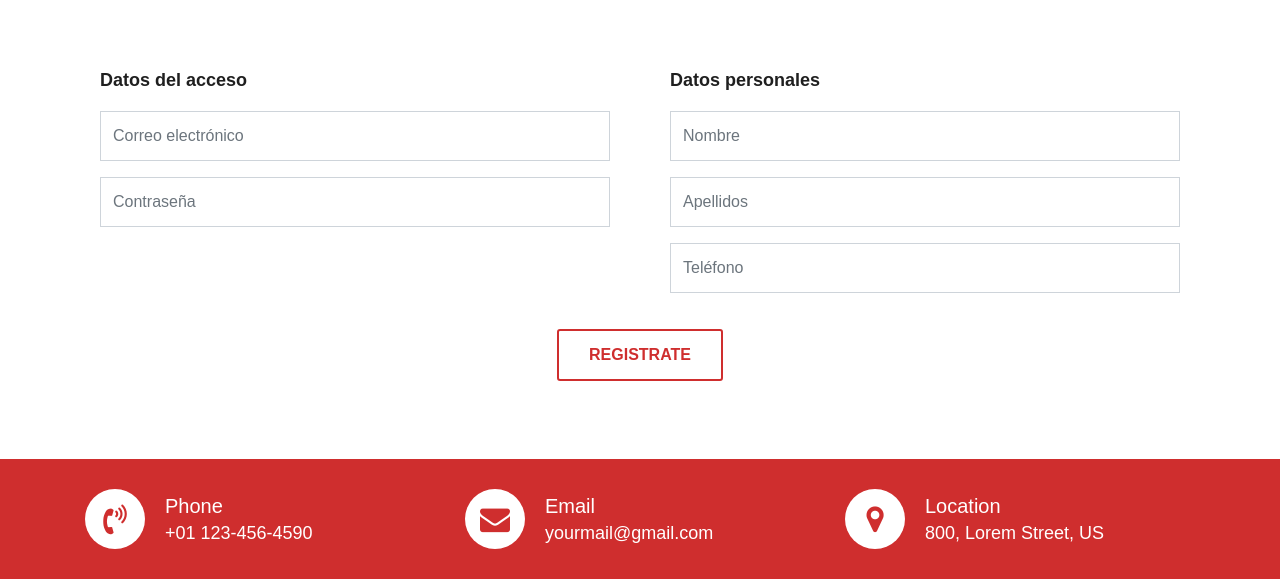
Repository: celivicky/flowershop
Page: http://localhost/frontend/registro.php
An editor plug-in stored every save of this project. The page is shown before and after the next save, followed by the edit.
The browser window is 1280 px wide. The pictures show the part of the page from y = 446 to 1025 px (the page is 1472 px tall before and 1575 px after).
Pictures or frames that could not be fetched are drawn as grey boxes. Backgrounds fixed to the window are drawn as part of the page. Some web fonts or font styles are not loaded; a fallback is used. The page is run by PHP 8.4 with error messages shown; the project is at /var/www/html/. The database holds what the project's SQL file puts in it.

Above is the page before, as saved 2024-06-05 04:05:55.
Console error: TypeError: $(...).pickadate is not a function

### frontend/registro.php
<?php
session_start();
    if (isset($_SESSION['id'])){
        header('Location: administrador/escritorio.php');
    }
include_once '../backend/php/ctlogx.php'
 ?>
<!DOCTYPE html>
<html lang="es"><!-- Basic -->
<head>
	<meta charset="utf-8">
    <meta http-equiv="X-UA-Compatible" content="IE=edge">

    <!-- Mobile Metas -->
    <meta name="viewport" content="width=device-width, initial-scale=1">

     <!-- Site Metas -->
    <title>Registro - Floreria Doña Beatriz Online</title>
    <meta name="keywords" content="">
    <meta name="description" content="">
    <meta name="author" content="">

    <!-- Site Icons -->
    <link rel="shortcut icon" href="../backend/images/favicon.png" type="image/x-icon">


    <!-- Bootstrap CSS -->
    <link rel="stylesheet" href="../backend/css/bootstrap.min.css">
	<!-- Site CSS -->
    <link rel="stylesheet" href="../backend/css/style.css">
    <!-- Responsive CSS -->
    <link rel="stylesheet" href="../backend/css/responsive.css">
    <!-- Custom CSS -->
    <link rel="stylesheet" href="../backend/css/custom.css">


</head>

<body>
	<!-- Start header -->
	<header class="top-navbar">
		<nav class="navbar navbar-expand-lg navbar-light bg-light">
			<div class="container">
				<a class="navbar-brand" href="index.php">
					<img src="../backend/images/logo.png" alt="" />
				</a>
				<button class="navbar-toggler" type="button" data-toggle="collapse" data-target="#navbars-rs-food" aria-controls="navbars-rs-food" aria-expanded="false" aria-label="Toggle navigation">
				  <span class="navbar-toggler-icon"></span>
				</button>
				<div class="collapse navbar-collapse" id="navbars-rs-food">
					<ul class="navbar-nav ml-auto">
						<li class="nav-item"><a class="nav-link" href="index.php">Inicio</a></li>
						<li class="nav-item "><a class="nav-link" href="nosotros.php">Nosotros</a></li>
						<li class="nav-item"><a class="nav-link" href="delivery.php">Delivery</a></li>
						<li class="nav-item"><a class="nav-link" href="tienda.php">Tienda</a></li>
						<li class="nav-item dropdown">
							<a class="nav-link dropdown-toggle" href="#" id="dropdown-a" data-toggle="dropdown">Categorias</a>
							<div class="dropdown-menu" aria-labelledby="dropdown-a">
																<?php
 $sentencia = $connect->prepare("SELECT * FROM categoria order by idcat desc;");
 $sentencia->execute();

$data =  array();
if($sentencia){
  while($r = $sentencia->fetchObject()){
    $data[] = $r;
  }
}
   ?>
   <?php if(count($data)>0):?>
   	<?php foreach($data as $gcc):?>
								<a class="dropdown-item" href="categoria.php?id=<?php echo  $gcc->idcat; ?>"><?php echo  $gcc->nomcat; ?></a>

								   	<?php endforeach; ?>
   	    <?php else:?>
        <!-- Warning Alert -->
    <?php endif; ?>
							</div>
						</li>
						<li class="nav-item">
							<a class="nav-link" data-toggle="modal" href="#new"><i class="fa fa-user" aria-hidden="true"></i>
							</a>
						</li>

					</ul>
				</div>
			</div>
		</nav>
	</header>
	<!-- End header -->

		<div class="all-page-title page-breadcrumb">
		<div class="container text-center">
			<div class="row">
				<div class="col-lg-12">
					<h1>Crear una cuenta nueva</h1>
				</div>
			</div>
		</div>
	</div>

		<!-- Start Reservation -->
	<div class="reservation-box">
		<div class="container">

			<div class="row">
				<div class="col-lg-12 col-sm-12 col-xs-12">
					<div class="contact-block">
						<form enctype="multipart/form-data" method="POST" action="" autocomplete="off">
							<div class="row">

								<div class="col-md-6">
									<h3>Datos del acceso</h3>

									<div class="col-md-12">
										<div class="form-group">
											<input id="input_text"  class="text picker__input form-control" required name="txtcorr" type="email"  data-error="Campo obligatorio" placeholder="Correo electrónico">
											<div class="help-block with-errors"></div>
										</div>
									</div>
									<div class="col-md-12">
										<div class="form-group">
											<input id="input_password" type="password" name="txtpass" class="password form-control picker__input" required data-error="Campo obligatorio" placeholder="Contraseña">
											<div class="help-block with-errors"></div>
										</div>
									</div>

								</div>

								<div class="col-md-6">
									<h3>Datos personales</h3>
									<div class="col-md-12">
										<div class="form-group">
											<input type="text" class="form-control" id="" name="txtname" placeholder="Nombre" required data-error="Campo obligatorio">
											<div class="help-block with-errors"></div>
										</div>
									</div>
									<div class="col-md-12">
										<div class="form-group">
											<input type="text" placeholder="Apellidos" id="" class="form-control" name="txtapel" required data-error="Campo obligatorio">
											<div class="help-block with-errors"></div>
										</div>
									</div>
									<div class="col-md-12">
										<div class="form-group">
											<input type="text" maxlength="9" onKeypress="if (event.keyCode < 45 || event.keyCode > 57) event.returnValue = false;" placeholder="Teléfono" id="" class="form-control" name="txtpho" required data-error="Campo obligatorio">
											<div class="help-block with-errors"></div>
										</div>
									</div>
								</div>

								<div class="col-md-12">
									<div class="submit-button text-center">
										<button class="btn btn-common" name='stadddcust'>Registrate</button>
										<div id="msgSubmit" class="h3 text-center hidden"></div>
										<div class="clearfix"></div>
									</div>
								</div>

							</div>
						</form>
					</div>
				</div>
			</div>
		</div>
	</div>
	<!-- End Reservation -->



	<!-- Start Contact info -->
	<div class="contact-imfo-box">
		<div class="container">
			<div class="row">
				<div class="col-md-4">
					<i class="fa fa-volume-control-phone"></i>
					<div class="overflow-hidden">
						<h4>Phone</h4>
						<p class="lead">
							+01 123-456-4590
						</p>
					</div>
				</div>
				<div class="col-md-4">
					<i class="fa fa-envelope"></i>
					<div class="overflow-hidden">
						<h4>Email</h4>
						<p class="lead">
							yourmail@gmail.com
						</p>
					</div>
				</div>
				<div class="col-md-4">
					<i class="fa fa-map-marker"></i>
					<div class="overflow-hidden">
						<h4>Location</h4>
						<p class="lead">
							800, Lorem Street, US
						</p>
					</div>
				</div>
			</div>
		</div>
	</div>
	<!-- End Contact info -->

	<!-- Start Footer -->
	<footer class="footer-area bg-f">
		<div class="container">
			<div class="row">
				<div class="col-lg-3 col-md-6">
					<h3>Sobre nosotros</h3>
					<p>Integer cursus scelerisque ipsum id efficitur. Donec a dui fringilla, gravida lorem ac, semper magna. Aenean rhoncus ac lectus a interdum. Vivamus semper posuere dui, at ornare turpis ultrices sit amet. Nulla cursus lorem ut nisi porta, ac eleifend arcu ultrices.</p>
				</div>
				<div class="col-lg-3 col-md-6">
					<h3>Horarios</h3>
					<p><span class="text-color">Monday: </span>Closed</p>
					<p><span class="text-color">Tue-Wed :</span> 9:Am - 10PM</p>
					<p><span class="text-color">Thu-Fri :</span> 9:Am - 10PM</p>
					<p><span class="text-color">Sat-Sun :</span> 5:PM - 10PM</p>
				</div>
				<div class="col-lg-3 col-md-6">
					<h3>Informacion contacto</h3>
					<p class="lead">Ipsum Street, Lorem Tower, MO, Columbia, 508000</p>
					<p class="lead"><a href="#">+01 2000 800 9999</a></p>
					<p><a href="#"> info@admin.com</a></p>
				</div>
				<div class="col-lg-3 col-md-6">
					<h3>Subscribe</h3>
					<div class="subscribe_form">
						<form class="subscribe_form">
							<input name="EMAIL" id="subs-email" class="form_input" placeholder="Email Address..." type="email">
							<button type="submit" class="submit">SUBSCRIBE</button>
							<div class="clearfix"></div>
						</form>
					</div>
					<ul class="list-inline f-social">
						<li class="list-inline-item"><a href="#"><i class="fa fa-facebook" aria-hidden="true"></i></a></li>
						<li class="list-inline-item"><a href="#"><i class="fa fa-twitter" aria-hidden="true"></i></a></li>
						<li class="list-inline-item"><a href="#"><i class="fa fa-linkedin" aria-hidden="true"></i></a></li>
						<li class="list-inline-item"><a href="#"><i class="fa fa-google-plus" aria-hidden="true"></i></a></li>
						<li class="list-inline-item"><a href="#"><i class="fa fa-instagram" aria-hidden="true"></i></a></li>
					</ul>
				</div>
			</div>
		</div>

		<div class="copyright">
			<div class="container">
				<div class="row">
					<div class="col-lg-12">
						<p class="company-name">Reservados todos los derechos. &copy; 2024 <a href="#">Floreria Doña Beatriz Online</a> </p>
					</div>
				</div>
			</div>
		</div>

	</footer>
	<!-- End Footer -->
	<?php include('../backend/modal/modauser.php'); ?>
	<a href="#" id="back-to-top" title="Back to top" style="display: none;">&uarr;</a>

	<!-- ALL JS FILES -->
	<script src="../backend/js/jquery-3.2.1.min.js"></script>
	<script src="../backend/js/popper.min.js"></script>
	<script src="../backend/js/bootstrap.min.js"></script>
    <!-- ALL PLUGINS -->
	<script src="../backend/js/jquery.superslides.min.js"></script>
	<script src="../backend/js/images-loded.min.js"></script>
	<script src="../backend/js/isotope.min.js"></script>
	<script src="../backend/js/baguetteBox.min.js"></script>
	<script src="../backend/js/form-validator.min.js"></script>
    <script src="../backend/js/contact-form-script.js"></script>
    <script src="../backend/js/custom.js"></script>
    <script src="../backend/js/reenvio.js"></script>
    <script type="text/javascript" src="../backend/js/sweetalert.js"></script>
    <?php
    include_once '../backend/php/st_adddcustocli.php'
?>
</body>
</html>

### backend/php/ctlogx.php
<?php
//session_start();
require '../backend/bd/ctconex.php';

if (isset($_POST['ctxlog'])) {
    $errMsg = '';

    // Get data from FORM
    $correo = $_POST['correo'];
    $clave = MD5($_POST['clave']);

    if (empty($correo)) {
        $errMsg = 'Digite su correo';
    } elseif (empty($_POST['clave'])) {
        $errMsg = 'Digite su contraseña';
    }

    if (empty($errMsg)) {
        try {
            $stmt = $connect->prepare('SELECT id, usuario, nombre, correo, clave, rol, estado FROM usuarios WHERE correo = :correo UNION
                                       SELECT idclie, apeclie,nomclie, correo,clave, rol, estado FROM clientes WHERE correo = :correo');
            $stmt->bindParam(':correo', $correo, PDO::PARAM_STR);
            $stmt->execute();
            $data = $stmt->fetch(PDO::FETCH_ASSOC);

            if ($data === false) {
                $errMsg = "El nombre de correo: $correo no se encuentra, puede solicitarlo con el administrador.";
            } else {
                if ($clave == $data['clave']) {
                    $_SESSION['id'] = $data['id'];
                    $_SESSION['usuario'] = $data['usuario'];
                    $_SESSION['nombre'] = $data['nombre'];
                    $_SESSION['correo'] = $data['correo'];
                    $_SESSION['clave'] = $data['clave'];
                    $_SESSION['rol'] = $data['rol'];
                    $_SESSION['estado'] = $data['estado'];

                    if ($_SESSION['rol'] == 1) {
                        echo "<script language='JavaScript'>";
                        echo "location = 'administrador/escritorio.php'";
                        echo "</script>";
                    }elseif($_SESSION['rol'] == 2){
           echo "<script language='JavaScript'>";
            echo "location = 'administrador_cliente/index.php'";
            echo "</script>";
        }

                    exit;
                } else {
                    $errMsg = 'El correo o la contraseña son incorrectos.';
                }
            }
        } catch (PDOException $e) {
            // Log the error to a file
            error_log($e->getMessage(), 3, "error.log");
            $errMsg = 'Ocurrió un error. Por favor, inténtelo de nuevo.';
        }
    }
}
?>

### backend/bd/ctconex.php
<?php
if(!isset($_SESSION))
    {
        session_start();
    }

// Define database
//define('dbhost', 'localhost');
//define('dbuser', 'root');
//define('dbpass', '');
//define('dbname', 'sistema_escolar');

define('dbhost', 'localhost');
define('dbuser', 'root');
define('dbpass', '');
define('dbname', 'flower_shop');

// Connecting database
try {
    $connect = new PDO("mysql:host=".dbhost."; dbname=".dbname, dbuser, dbpass);
    $connect->query("set names utf8;");
    // $connect->setAttribute(PDO::ATTR_EMULATE_PREPARES, FALSE);
    //$connect->setAttribute( PDO::ATTR_EMULATE_PREPARES, true );
    $connect->setAttribute(PDO::ATTR_ERRMODE, PDO::ERRMODE_EXCEPTION);
    $connect->setAttribute(PDO::ATTR_DEFAULT_FETCH_MODE, PDO::FETCH_OBJ);
}
catch(PDOException $e) {
    echo $e->getMessage();
}
//---------------


?>

### backend/modal/modauser.php
<!-- NUEVO -->
<div class="modal fade" id="new" tabindex="-1" role="dialog" aria-labelledby="myModalLabel" aria-hidden="true">
    <div class="modal-dialog ">
        <div class="modal-content">
            <div class="modal-header">
                 <label class="control-label" style="text-align: center;"><strong><center>Iniciar Sesión</center></strong></label>
                <button type="button" class="close" data-dismiss="modal" aria-hidden="true">&times;</button>


            </div>


            <div class="modal-body">
                <div class="container-fluid">
<?php
                            if (isset($errMsg)) {
                                echo '
    <div style="color:#FF0000;text-align:center;font-size:20px; font-weight:bold;">'.$errMsg.'</div>
    ';  ;
                            }

                        ?>
                    <form autocomplete="off" method="post"  role="form">
                        <div class="row">
    <div class="col-md-6 col-lg-6">
        <div class="form-group">
            <label for="email2">Correo electrónico</label>
            <input type="email" required  class="form-control" value="<?php if(isset($_POST['correo'])) echo $_POST['correo'] ?>" id="correo" name="correo" placeholder="ejmp: perfil01@gmail.com">
            <small id="emailHelp2" class="form-text text-muted"></small>
            <span id="error-name" class="badge badge-danger"></span>
        </div>
    </div>

        <div class="col-md-6 col-lg-6">
        <div class="form-group">
            <label for="email2">Contraseña</label>
            <input type="password" required  class="form-control"  value="<?php if(isset($_POST['clave'])) echo MD5($_POST['clave']) ?>" id="clave" name="clave" placeholder="ejmp: ********">
            <small id="emailHelp2" class="form-text text-muted"></small>
            <span id="error-name" class="badge badge-danger"></span>
        </div>
    </div>


                        </div>

                        <div class="modal-footer">
                <button  name='ctxlog' type="submit" class="btn btn-danger" >INGRESAR</button>

                 <button type="button" class="btn btn-dark" data-dismiss="modal" >No, cancelar</button>


            </div>
                    </form>
                    <p>¿No tiene una cuenta?
                            <a href="registro.php" style="color:red">Cree una aqui</a>
                    </p>



                </div>



        </div>



        </div>
    </div>
</div>

### backend/php/st_adddcustocli.php
<?php
require_once('../backend/bd/ctconex.php');

define('ESTADO_ACTIVO', '1');
define('ROL_ACTIVO', '2');

if (isset($_POST['stadddcust'])) {
    $nomclie = isset($_POST['txtname']) ? trim($_POST['txtname']) : null;
    $apeclie = isset($_POST['txtapel']) ? trim($_POST['txtapel']) : null;
    $telclie = isset($_POST['txtpho']) ? trim($_POST['txtpho']) : null;
    $correo = isset($_POST['txtcorr']) ? trim($_POST['txtcorr']) : null;
    $clave=MD5($_POST['txtpass']);



    try {
        $connect->beginTransaction();

        // Check if required fields are set
        if ($nomclie !== null && $apeclie !== null  && $telclie !== null && $correo !== null && $clave) {


                        // Check if the email already exists
            $checkStatement = $connect->prepare("SELECT COUNT(*) FROM clientes WHERE correo = ?");
            $checkStatement->execute([$correo]);
            $emailExists = (bool)$checkStatement->fetchColumn();

            if ($emailExists) {
                throw new Exception("El correo ya está registrado");
            }

            // Insertar estudiantes en la tabla taller_docente
            $statement = $connect->prepare("INSERT INTO clientes (nomclie,apeclie,sexclie,telclie,correo, clave,rol, estado) VALUES (?, ?,?,?,?,?,?,?)");

            $inserted = $statement->execute([$nomclie,$apeclie,'',$telclie,$correo,$clave,ROL_ACTIVO, ESTADO_ACTIVO]);

            if (!$inserted) {
                throw new Exception("Error en la inserción de datos");
            }

            // Opcional: Puedes realizar otras operaciones aquí si es necesario

            // Hacer commit si todo está bien
            $connect->commit();
            echo '<script type="text/javascript">
swal("Registrado!", "Registrado correctamente", "success").then(function() {
            window.location = "../frontend/registro.php";
        });
        </script>';


        } else {
            throw new Exception("Faltan datos requeridos");
        }
    } catch (Exception $e) {
        // Revertir la transacción en caso de error
        $connect->rollBack();



         echo '<script type="text/javascript">
swal("Error!", "No se pueden agregar datos: ' . $e->getMessage() . '", "error").then(function() {
            window.location = "../frontend/registro.php";
        });
        </script>';
    }
}
?>

### backend/css/responsive.css
/* only small desktops */
/* tablets */
/* only small tablets */
@media only screen and (min-width: 992px) and (max-width: 1180px) {
	.footer-area h3{
		font-size: 18px;
	}
}
@media (min-width: 768px) and (max-width: 991px) {
	.navbar-light .navbar-brand{
		margin-left: 15px;
	}
	.navbar-light .navbar-toggler{
		margin-right: 15px;
		border-radius: 0px;
	}
	.navbar-expand-lg .navbar-nav .dropdown-menu{
		box-shadow: none;
	}
	.carousel-control-prev{
		left: -60px;
	}
	.carousel-control-next{
		right: -60px;
	}
	.why-text h4{
		font-size: 18px;
	}
	.why-text p{
		margin: 0px;
	}
}

/* mobile or only mobile */
@media (max-width: 767px) {
	.navbar-light .navbar-brand{
		margin-left: 15px;
	}
	.navbar-light .navbar-toggler{
		margin-right: 15px;
		border-radius: 0px;
	}
	.navbar-expand-lg .navbar-nav .dropdown-menu{
		box-shadow: none;
	}
	.cover-slides h1{
		font-size: 22px;
	}
	.cover-slides p {
		font-size: 14px;
	}
	.slides-navigation a{
		height: 42px;
		width: 38px;
		line-height: 33px;
	}
	.inner-column{
		margin-top: 15px;
	}
	.inner-column h1{
		font-size: 22px;
	}
	.filter-button-group{
		margin: 10px 0px;
	}

	.contact-imfo-box .col-md-4{
		margin-bottom: 15px;
	}
	.carousel-control-prev{
		left: 0px;
	}
	.carousel-control-next{
		right: 0px;
	}
	.blog-box-inner .blog-detail{
		overflow: hidden;
	}
	.blog-sidebar{
		margin-top: 50px;
	}

}
@media only screen and (min-width: 280px) and (max-width: 599px) {

	.why-text p{
		margin-bottom: 0px;
		margin-top: 0px;
	}
}

### backend/css/superslides.css
#slides {
  position: relative;
}
#slides .slides-container {
  display: none;
}
#slides .scrollable {
  *zoom: 1;
  position: relative;
  top: 0;
  left: 0;
  overflow-y: auto;
  -webkit-overflow-scrolling: touch;
  height: 100%;
}
#slides .scrollable:after {
  content: "";
  display: table;
  clear: both;
}

.slides-navigation {
  margin: 0 auto;
  position: absolute;
  z-index: 3;
  top: 46%;
  width: 100%;
}
.slides-navigation a {
  position: absolute;
  display: block;
}
.slides-navigation a.prev {
  left: 0;
}
.slides-navigation a.next {
  right: 0;
}

.slides-pagination {
  position: absolute;
  z-index: 3;
  bottom: 0;
  text-align: center;
  width: 100%;
}
.slides-pagination a {
  border: 2px solid #222;
  border-radius: 15px;
  width: 10px;
  height: 10px;
  display: -moz-inline-stack;
  display: inline-block;
  vertical-align: middle;
  *vertical-align: auto;
  zoom: 1;
  *display: inline;
  background-image: url("https://images.pexels.com/photos/6912870/pexels-photo-6912870.jpeg?auto=compress&cs=tinysrgb&w=1260&h=750&dpr=1");
  margin: 2px;
  overflow: hidden;
  text-indent: -100%;
}
.slides-pagination a.current {
  background: #222;
}

### flower_shop (2).sql (the tables this page reads)
CREATE TABLE `categoria` (
  `idcat` int(11) NOT NULL,
  `nomcat` text NOT NULL,
  `estado` char(1) NOT NULL,
  `fere` timestamp NOT NULL DEFAULT current_timestamp() ON UPDATE current_timestamp()
) ENGINE=InnoDB DEFAULT CHARSET=utf8 COLLATE=utf8_unicode_ci;

INSERT INTO `categoria` (`idcat`, `nomcat`, `estado`, `fere`) VALUES
(1, 'bebes', '1', '2023-11-26 04:28:54'),
(2, 'Cumpleaños', '1', '2023-11-26 04:28:44'),
(3, 'Boxes', '1', '2023-11-26 04:25:34'),
(4, 'condolencias', '1', '2023-11-26 04:25:10');

ALTER TABLE `categoria`
  ADD PRIMARY KEY (`idcat`);

ALTER TABLE `categoria`
  MODIFY `idcat` int(11) NOT NULL AUTO_INCREMENT, AUTO_INCREMENT=5;

Loaded but not shown: backend/css/bootstrap.min.css (library); backend/css/custom.css (common file); backend/js/jquery-3.2.1.min.js (library); backend/js/popper.min.js (library); backend/css/animate.css (library); backend/css/font-awesome.min.css (library); backend/css/baguetteBox.min.css (library); backend/js/bootstrap.min.js (library); backend/js/jquery.superslides.min.js (library); backend/js/images-loded.min.js (library); backend/js/isotope.min.js (library); backend/js/baguetteBox.min.js (library); backend/js/form-validator.min.js (library); backend/js/sweetalert.js (library); backend/js/custom.js (99 lines, source omitted); backend/js/contact-form-script.js (55 lines, source omitted); backend/js/reenvio.js (3 lines, source omitted); backend/css/style.css (1325 lines, source omitted)

After the next save:
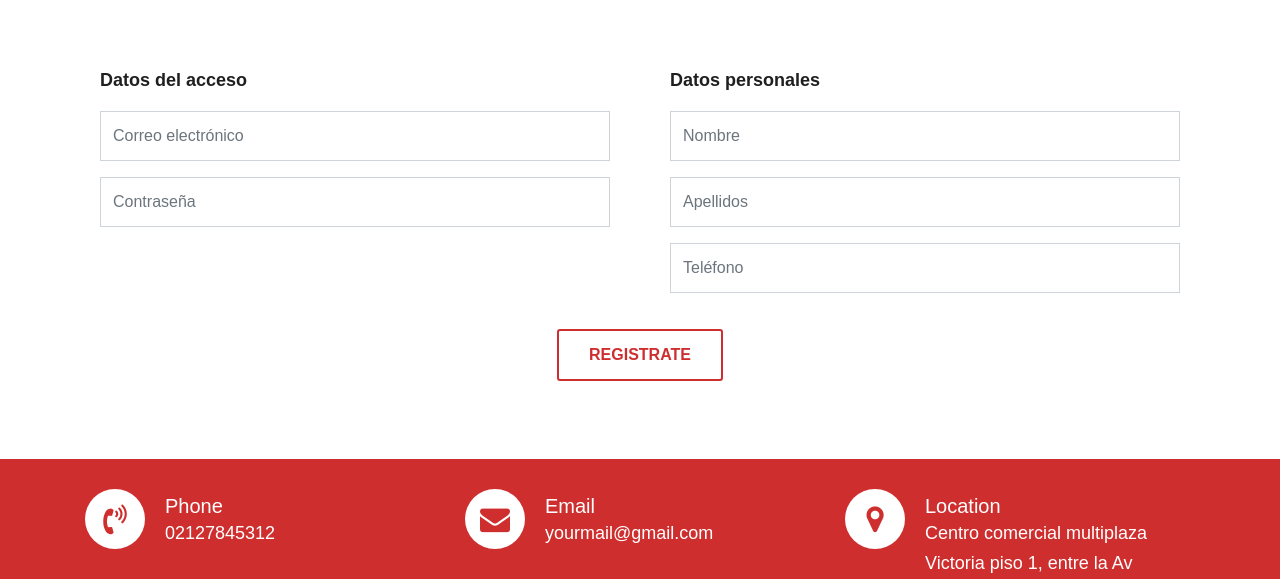
Saved 9 min 26 s later.
--- a/frontend/registro.php
+++ b/frontend/registro.php
@@ -177,7 +177,7 @@ if($sentencia){
 					<div class="overflow-hidden">
 						<h4>Phone</h4>
 						<p class="lead">
-							+01 123-456-4590
+						02127845312
 						</p>
 					</div>
 				</div>
@@ -195,7 +195,7 @@ if($sentencia){
 					<div class="overflow-hidden">
 						<h4>Location</h4>
 						<p class="lead">
-							800, Lorem Street, US
+						Centro comercial multiplaza Victoria piso 1, entre la Av Victoria y la av Nueva Granada
 						</p>
 					</div>
 				</div>
@@ -221,8 +221,8 @@ if($sentencia){
 				</div>
 				<div class="col-lg-3 col-md-6">
 					<h3>Informacion contacto</h3>
-					<p class="lead">Ipsum Street, Lorem Tower, MO, Columbia, 508000</p>
-					<p class="lead"><a href="#">+01 2000 800 9999</a></p>
+					<p class="lead">Centro comercial multiplaza Victoria piso 1, entre la Av Victoria y la av Nueva Granada</p>
+					<p class="lead"><a href="#">+58 414 85 45 217</a></p>
 					<p><a href="#"> info@admin.com</a></p>
 				</div>
 				<div class="col-lg-3 col-md-6">
